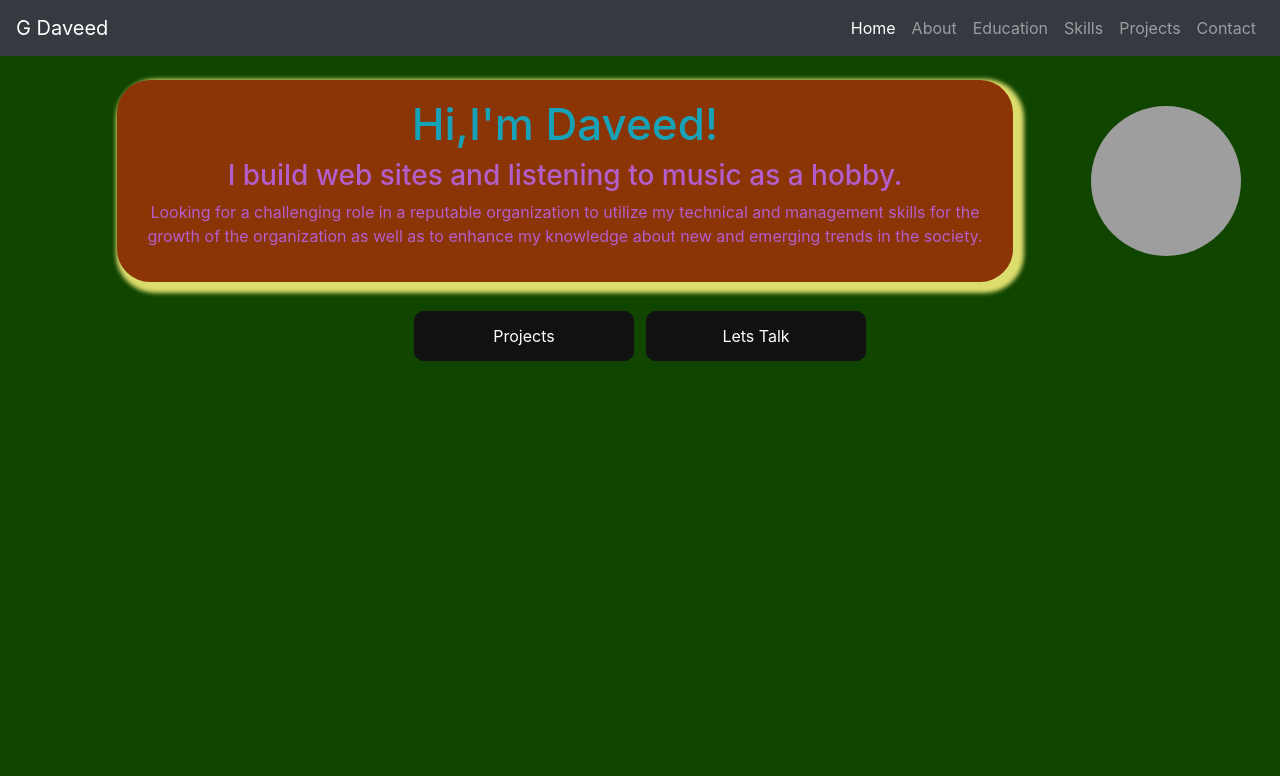
Repository: DaveedGangi/DaveedWebsite
Page: one.html
These files come from the project's save history. The page is drawn as it stood at one moment and after the next save; the edit follows.
The browser window is 1280 px wide. The pictures show the whole page.
Pictures or frames that could not be fetched are drawn as grey boxes.

Above is the page before, as saved 2023-10-23 13:29:56.

### one.html
<html>
    <head>
    <link rel="stylesheet" href="two.css"></link>
    <link rel="stylesheet" href="https://cdn.jsdelivr.net/npm/bootstrap@4.5.3/dist/css/bootstrap.min.css" integrity="sha384-TX8t27EcRE3e/ihU7zmQxVncDAy5uIKz4rEkgIXeMed4M0jlfIDPvg6uqKI2xXr2" crossorigin="anonymous">
    <script src="https://code.jquery.com/jquery-3.5.1.slim.min.js" integrity="sha384-DfXdz2htPH0lsSSs5nCTpuj/zy4C+OGpamoFVy38MVBnE+IbbVYUew+OrCXaRkfj" crossorigin="anonymous"></script>
    <script src="https://cdn.jsdelivr.net/npm/bootstrap@4.5.3/dist/js/bootstrap.bundle.min.js" integrity="sha384-ho+j7jyWK8fNQe+A12Hb8AhRq26LrZ/JpcUGGOn+Y7RsweNrtN/tE3MoK7ZeZDyx" crossorigin="anonymous"></script>



</head>

<body>

    <nav class="navbar navbar-expand-lg navbar-dark bg-dark">
        <a class="navbar-brand" href="#">G Daveed</a>
        <button class="navbar-toggler" type="button" data-toggle="collapse" data-target="#navbarNavAltMarkup" aria-controls="navbarNavAltMarkup" aria-expanded="false" aria-label="Toggle navigation">
          <span class="navbar-toggler-icon"></span>
        </button>
        <div class="collapse navbar-collapse" id="navbarNavAltMarkup">
          <div class="navbar-nav ml-auto">
            <a class="nav-link active" href="#">Home <span class="sr-only">(current)</span></a>

            <a class="nav-link" href="#">About</a>
            <a class="nav-link" href="#">Education</a>
            <a class="nav-link" href="#">Skills</a>
            <a class="nav-link" href="#">Projects</a>
            <a class="nav-link" href="#">Contact</a>

          </div>
        </div>
      </nav>

   <div class="bgcontainer">
      <div class="mystory">
        <div>
          <img class="image1" src="https://i.ibb.co/T4YX7Jh/IMG-20221229-170952.jpg">
        </div>
        <div class="card1">
        <h1 class="hi text-info">Hi,I'm Daveed!</h1>
        <h3 class="paragraph">I build web sites and listening to music as a hobby.</h3>

        <p>Looking for a challenging role in a reputable organization to utilize my technical and management  skills for the growth of the organization as well as to enhance my knowledge about new and emerging trends in  the society. </p>

      </div>
      <div>
        <img class="image2" src="https://i.ibb.co/T4YX7Jh/IMG-20221229-170952.jpg">
      </div>

    </div>

    <div class="buttons">
    <button class="btn1 glow-on-hover">Projects</button>
    <button class="glow-on-hover">Lets Talk</button>
    </div>

  </div>

</body>
</html>

### two.css
.bgcontainer {
    height:100vh;
    background-size:cover;
    background-color:rgb(16, 69, 0);

}
.mystory{
    color:rgb(180, 94, 204);
    display: flex;
    flex-direction:column;
    justify-content: center;
    padding-top:24px;
    justify-content:space-around;
    align-items: center;

}
.image1{
    height:150px;
    width:150px;
    border-radius:100px;
    margin:12px;

}
.image2{
    height:150px;
    width:150px;
    border-radius:100px;
    display: none;

}
.card1{

    width:70vw;
    background-color: rgb(139, 52, 5);
    border-radius: 33px;
    display: flex;
    padding:18px;
    flex-direction: column;
    text-align: center;
    align-items:center;
    box-shadow:5px 5px 4px 6px rgb(221, 221, 109);
}
.buttons{
    display: flex;
    flex-direction: row;
    justify-content: center;
    margin-top:29px;

}
.btn1{
    margin-right:12px;

}
.glow-on-hover {
    width: 220px;
    height: 50px;
    border: none;
    outline: none;
    color: #fff;
    background: #111;
    cursor: pointer;
    position: relative;
    z-index: 0;
    border-radius: 10px;
}

.glow-on-hover:before {
    content: '';
    background: linear-gradient(45deg, #ff0000, #ff7300, #fffb00, #48ff00, #00ffd5, #002bff, #7a00ff, #ff00c8, #ff0000);
    position: absolute;
    top: -2px;
    left:-2px;
    background-size: 400%;
    z-index: -1;
    filter: blur(5px);
    width: calc(100% + 4px);
    height: calc(100% + 4px);
    animation: glowing 20s linear infinite;
    opacity: 0;
    transition: opacity .3s ease-in-out;
    border-radius: 10px;
}

.glow-on-hover:active {
    color: #000
}

.glow-on-hover:active:after {
    background: transparent;
}

.glow-on-hover:hover:before {
    opacity: 1;
}

.glow-on-hover:after {
    z-index: -1;
    content: '';
    position: absolute;
    width: 100%;
    height: 100%;
    background: #111;
    left: 0;
    top: 0;
    border-radius: 10px;
}

@keyframes glowing {
    0% { background-position: 0 0; }
    50% { background-position: 400% 0; }
    100% { background-position: 0 0; }
}
















.btn2{
    margin-left:12px;

}
.hi{
    font-size:44px;
}
@media (min-width: 768px){
    .mystory{
        display: flex;
        flex-direction: row;
    }
    .image1{
        display:none;
    }
    .image2{
        display: block;
    }

}

After the next save:
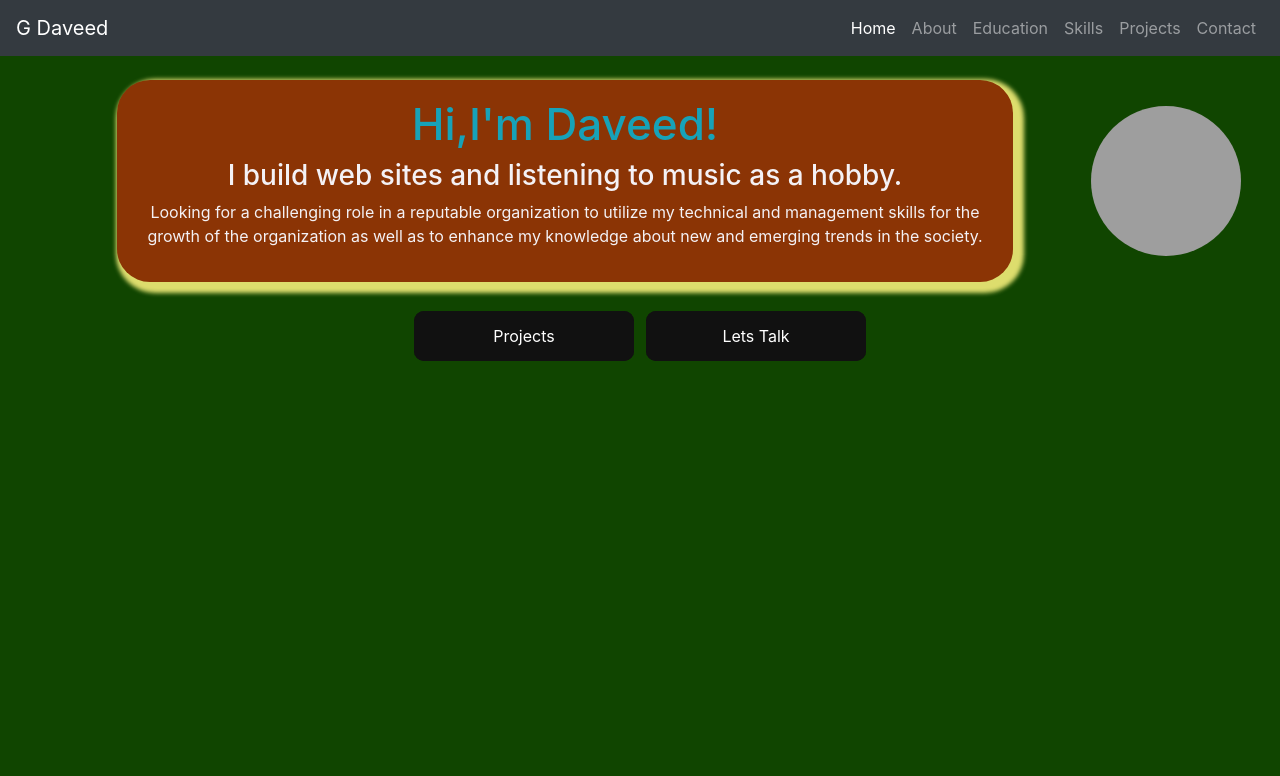
Saved 7 s later.
--- a/two.css
+++ b/two.css
@@ -5,7 +5,7 @@
 
 }
 .mystory{
-    color:rgb(180, 94, 204);
+    color:rgb(244, 241, 245);
     display: flex;
     flex-direction:column;
     justify-content: center;
